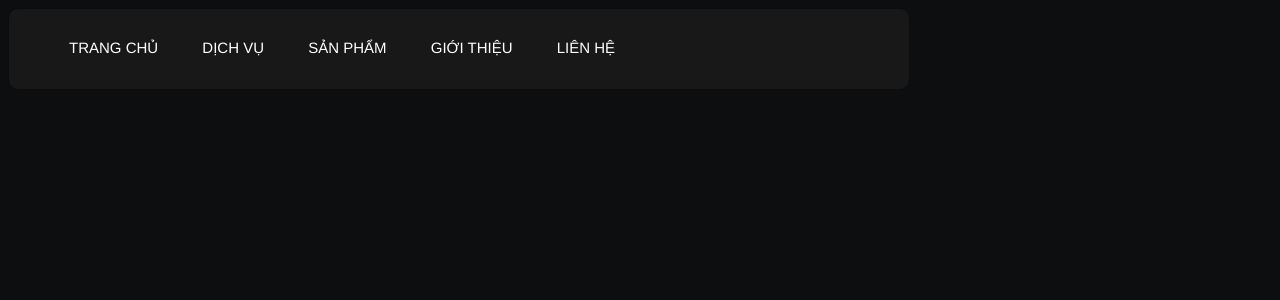
Repository: andytrn0/ElectronJS
Page: GUI/index.html
These files come from the project's save history. The page is drawn as it stood at one moment and after a run of saves; the edit follows.
The browser window is 1280 px wide. The pictures show the whole page.

Above is the page before, as saved 2024-10-15 14:05:45.

### GUI/index.html
<!DOCTYPE html>
<html>
  <head>
    <title>Trang chủ </title>
    <link rel="stylesheet" href="../CSS/index.css">
  </head>

<body>
  <div id="menu">
    <ul>
      <li><a href="#">Trang chủ</a></li>
      <li><a href="#">Dịch vụ</a></li>
      <li><a href="#">Sản phẩm</a></li>
      <li><a href="#">Giới thiệu</a></li>
      <li><a href="#">Liên hệ</a></li>
    </ul>
  </div>
</body>

</html>

### CSS/index.css
body
{
    background-color:rgb(12, 14, 16)
}
#menu
{
 width: 900px;
 border: 1px solid #0d0c0c;
 height: 80px;
 background-color: #181818;
 font-family: Helvetica, sans-serif;
 font-size: 15px;
 border-radius: 10px;
 -moz-border-radius: 10px;
 -webkit-border-radius: 10px;
}
#menu ul
{
  margin-top:  30px;
}
#menu ul li
{
  list-style-type: none;
  display: inline;
  margin-left: 0px;
}
#menu ul li a:link
{
   color: #FFF;
   text-decoration: none;
   text-transform: uppercase;
   padding-top: 40px;
   padding-bottom: 40px;
   padding-left: 20px;
   padding-right: 20px;
}

#menu ul li a:visited
{
   color: #FFF;
   text-decoration: none;
   text-transform: uppercase;
}

#menu ul li a:hover
{
   color: #FFF;
   background-color: #81B101;
   -webkit-box-shadow: 0px 4px 5px rgba(50, 50, 50, 0.93);
   -moz-box-shadow:    0px 4px 5px rgba(50, 50, 50, 0.93);
   box-shadow:         0px 4px 5px rgba(50, 50, 50, 0.93);
}

After the next 3 saves:
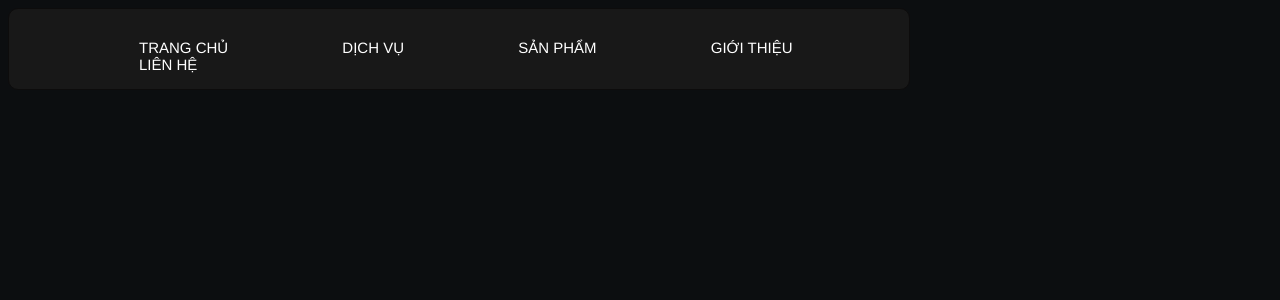
The 3 saves are shown as one change because they came seconds apart.
The last was saved 10 s later.
--- a/CSS/index.css
+++ b/CSS/index.css
@@ -22,7 +22,7 @@
 {
   list-style-type: none;
   display: inline;
-  margin-left: 0px;
+  margin-left: 70px;
 }
 #menu ul li a:link
 {
